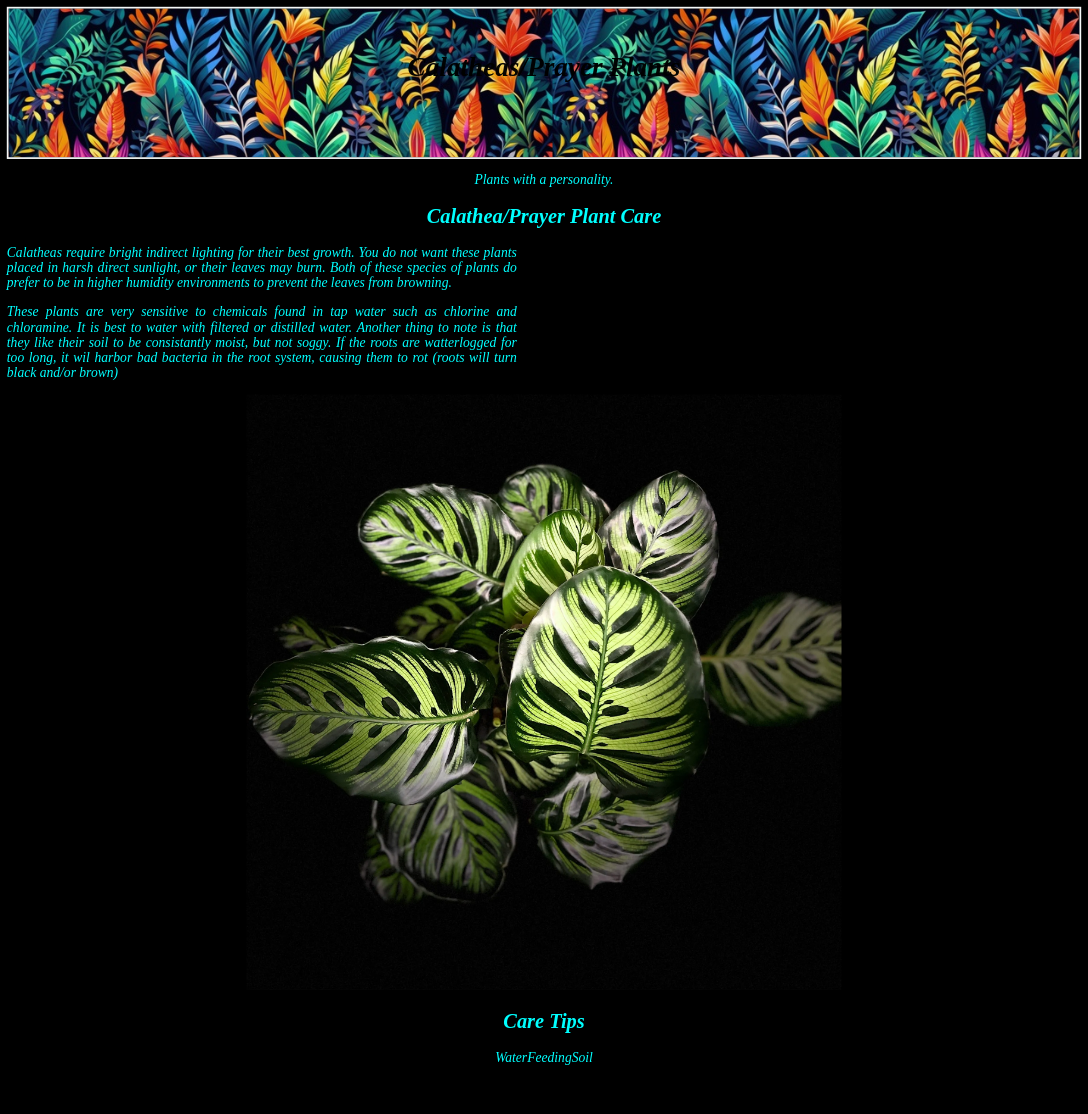
Repository: swillis91/odin-recipies
Page: Planty Page/calatheas.html
These files come from the project's save history. The page is drawn as it stood at one moment and after the next save; the edit follows.
The browser window is 1280 px wide. The pictures show the whole page, at 85% of full size.

Above is the page before, as saved 2023-08-10 00:13:56.

After the next save:
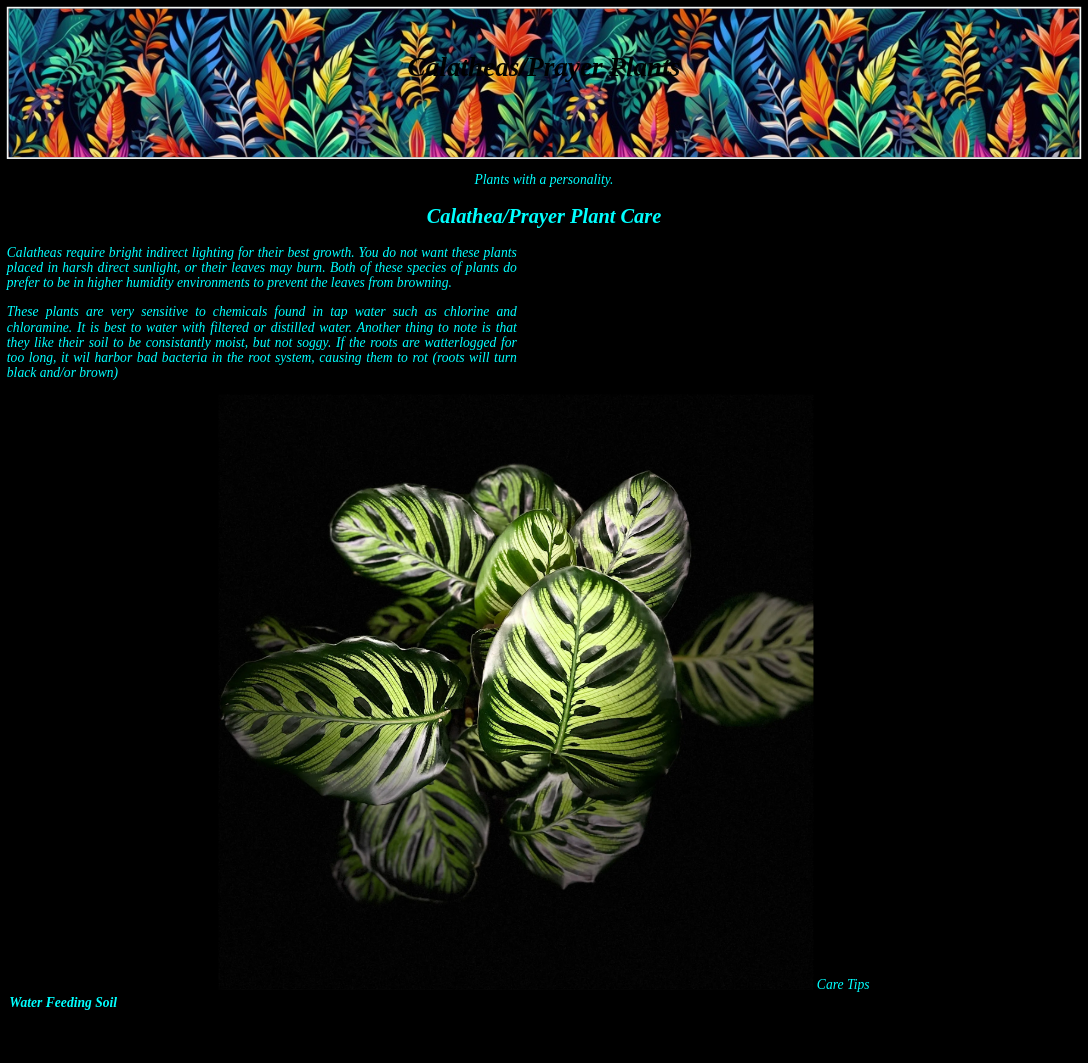
Saved 57 s later.
--- a/Planty Page/calatheas.html
+++ b/Planty Page/calatheas.html
@@ -11,11 +11,11 @@
               <p class="care">Calatheas require bright indirect lighting for their best growth. You do not want these plants placed in harsh direct sunlight, or their leaves may burn. Both of these species of plants do prefer to be in higher humidity environments to prevent the leaves from browning.</p>
               <p class="care">These plants are very sensitive to chemicals found in tap water such as chlorine and chloramine. It is best to water with filtered or distilled water. Another thing to note is that they like their soil to be consistantly moist, but <em>not</em> soggy. If the roots are watterlogged for too long, it wil harbor bad bacteria in the root system, causing them to rot (roots will turn black  and/or brown)</p>
                 <img src="./Images/makoyana.webp" id="calathea makoyana" width="700px">
-            <h2>Care Tips</h2>
+            <thead>Care Tips</thead>
             <table>
-                <thead>Water</thead>
-                <thead>Feeding</thead>
-                <thead>Soil</thead>
+                <th>Water</th>
+                <th>Feeding</t>
+                <th>Soil</th>
                     <tr></tr>
             </table>
         </body>
